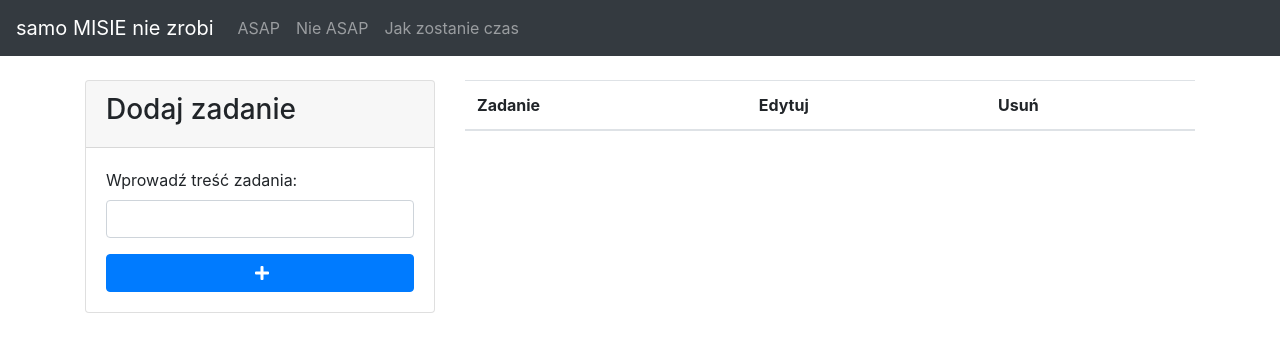
Repository: pcharazinski/JS_EXPRESS---samoMISIEniezrobi
Page: http://localhost/
The author's editor kept a copy of each file at every save. The page is drawn from the files as they stood at one save, then again after the next save.
The browser window is 1280 px wide. The pictures show the whole page.
Some web libraries are served in a nearby version. The page is served by the project's Node server (app.js). Queries for data that is not in the repository find no rows.

Above is the page before, as saved 2018-12-16 12:00:39.

After the next save:
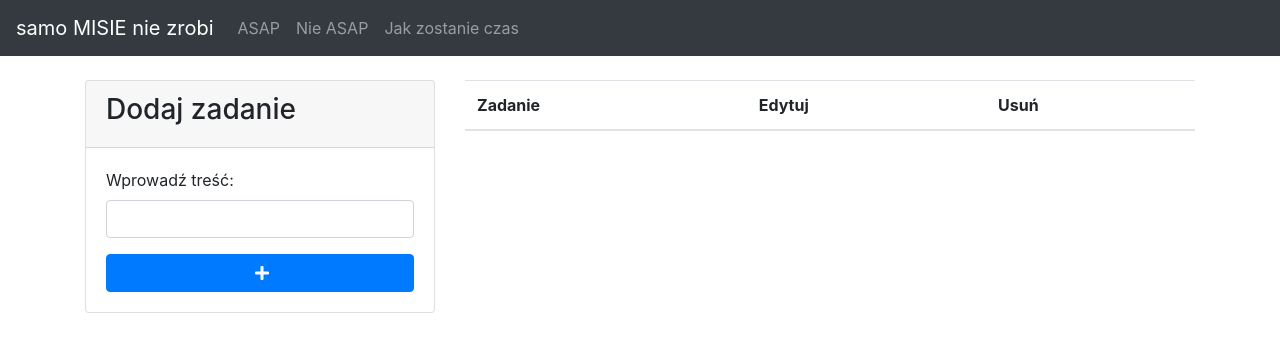
Saved 6 s later.
--- a/views/index.pug
+++ b/views/index.pug
@@ -11,7 +11,7 @@ block content
                 .card-body
                     form(action="/addme", method="POST")
                         .form-group
-                            label(for='labeltodo') Wprowadź treść zadania:
+                            label(for='labeltodo') Wprowadź treść:
                             input.form-control#labeltodo(type='text', name="title")
                         button(type="submit").btn.btn-primary.btn-block
                             i.fas.fa-plus.pl-1
